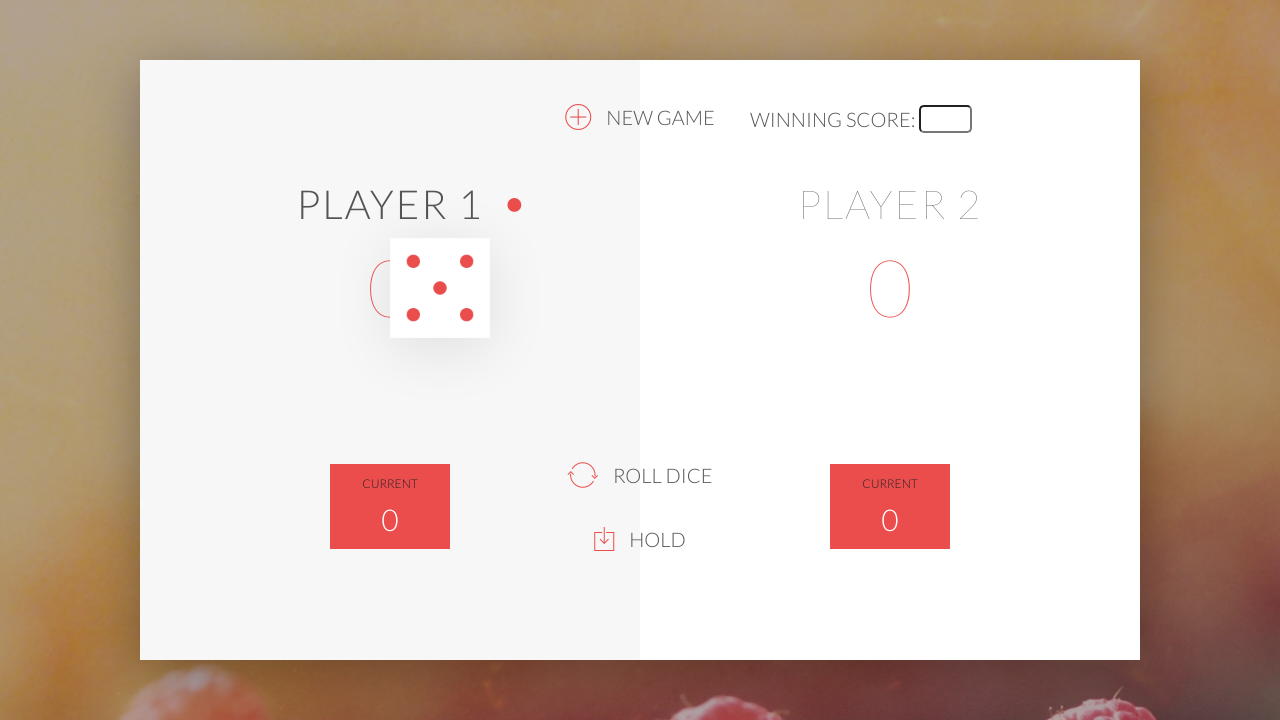
Repository: hexanek/hexanek.github.io
Page: pig-game/index.html
These files come from the project's save history. The page is drawn as it stood at one moment and after the next save; the edit follows.
The browser window is 1280 px wide. The pictures show the whole page.

Above is the page before, as saved 2019-12-19 23:21:40.

After the next save:
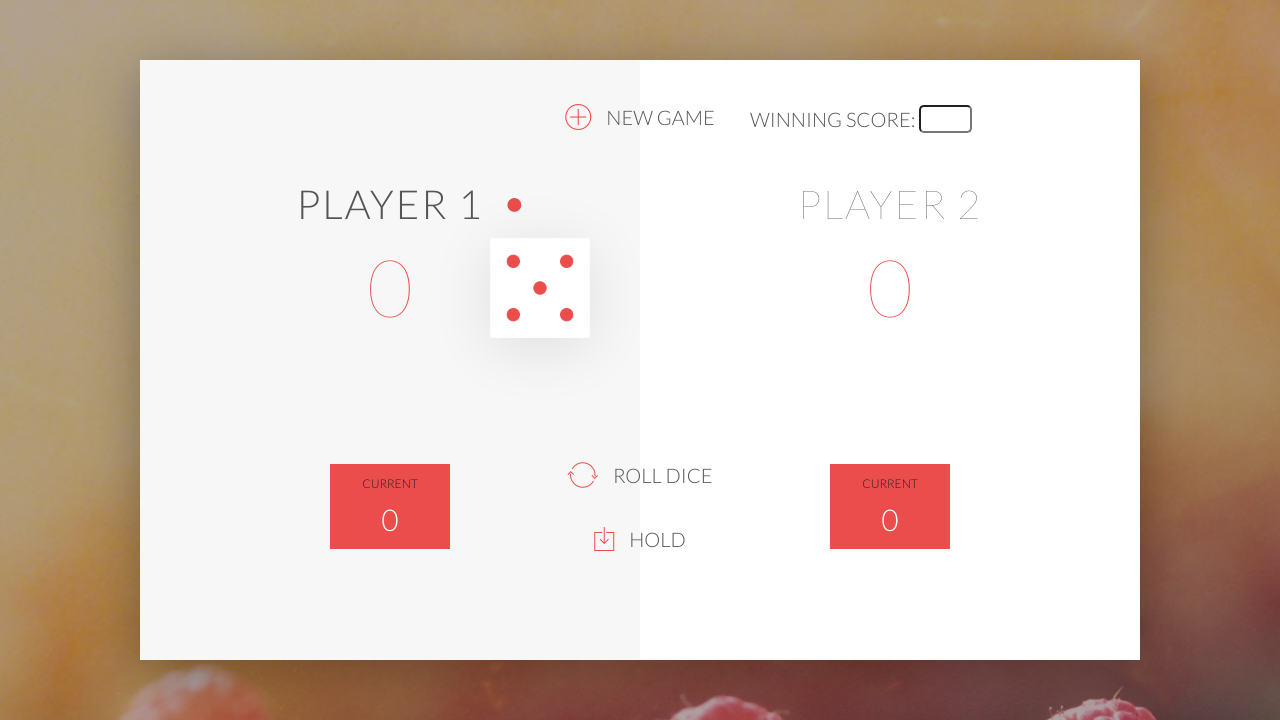
Saved 9 s later.
--- a/pig-game/style.css
+++ b/pig-game/style.css
@@ -204,7 +204,7 @@ i {
 }
 .dice2 {
     position: absolute;
-    left: 30%;
+    left: 40%;
     top: 178px;
     transform: translateX(-50%);
     height: 100px;
